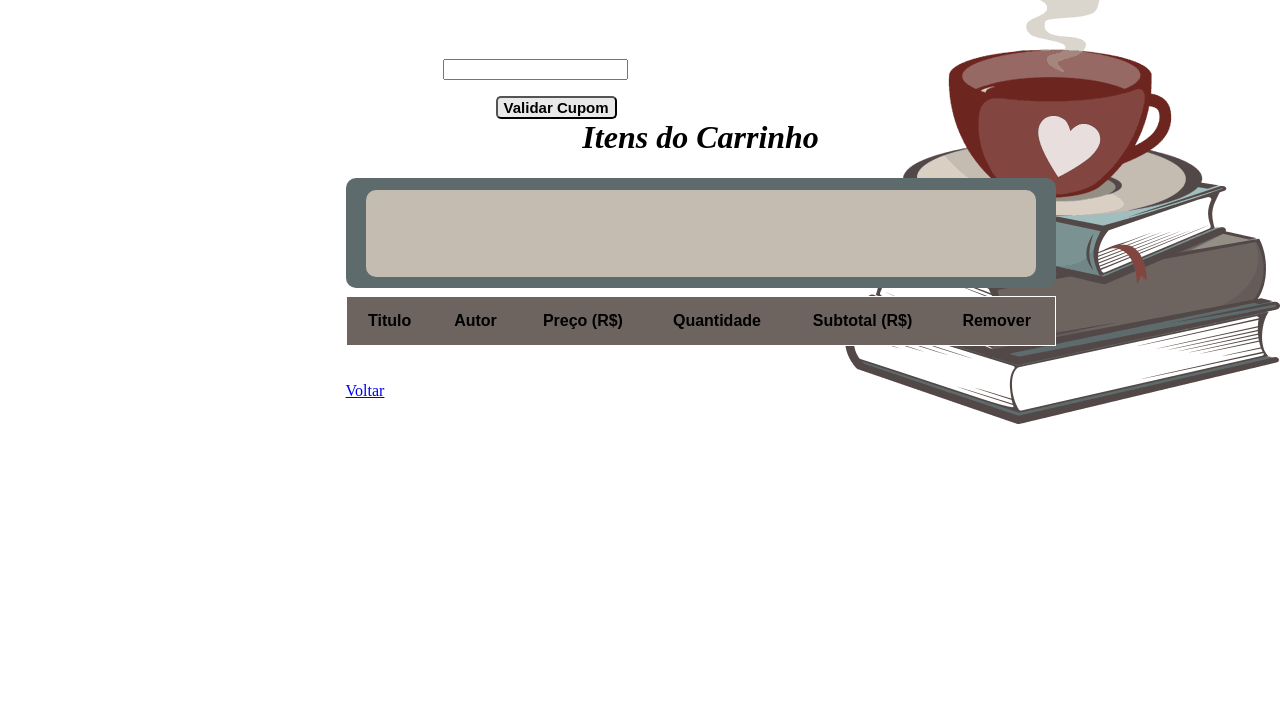
Repository: gabriellacrystina/ProjetoTegra
Page: http://localhost/book-store/meuCarrinho.jsp
These files come from the project's save history. The page is drawn as it stood at one moment and after the next save; the edit follows.
The browser window is 1280 px wide. The pictures show the whole page.
The page is served by Tomcat 9. Nobody is signed in. The application's start-up code is not run. Other server files are loaded and not shown. The template is opened directly, without the code that normally fills it, so the values that code supplies are empty.

Above is the page before, as saved 2016-07-07 22:20:56.

### book-store/WebContent/meuCarrinho.jsp
<%@ page language="java" contentType="text/html; charset=ISO-8859-1"
    pageEncoding="ISO-8859-1"%>
<%@ page import="model.Item" %>
<%@ page import="java.util.ArrayList" %>
<%@ taglib uri="http://java.sun.com/jsp/jstl/core" prefix="c" %>

<!DOCTYPE html PUBLIC "-//W3C//DTD HTML 4.01 Transitional//EN" "http://www.w3.org/TR/html4/loose.dtd">
<html>
	<head>
		<meta http-equiv="Content-Type" content="text/html; charset=ISO-8859-1">
		<link rel="stylesheet" type="text/css" href="book-store-style.css">
		<title>Carrinho</title>
	</head>
	<body>
			<section class="cupom" >
					<h3>Possui cumpom de desconto?</h3>
					<p>Informe aqui: <input type="text" maxlength="15"></p>
					<button class="btn" type="submit">Validar Cupom</button>
			</section>

			<h1>Itens do Carrinho</h1>

			<div class="my-cart">
				<div class="carrinho">

				</div>
			</div>
			<table id="tbl-books">
			  <tr>
			    <th>Titulo</th>
			    <th>Autor</th>
			    <th>Preço (R$)</th>
			    <th>Quantidade</th>
			    <th>Subtotal (R$)</th>
			    <th>Remover</th>
			  </tr>
		  		<c:forEach var="item" items="${listaItens}">
		  			<tr class="livros">
						<td class="nome-livro">${item.getProduto().getTitulo()}</td>
						<td class="nome-autor">${item.getProduto().getAutor()}</td>
						<td class="preco">${item.getProduto().getPreco()}</td>
						<td class="quantidade">${item.getQuantidade()}</td>
						<td class="subtotal">${item.getSubtotal()}</td>
						<td>
							<form action="MeuCarrinho" method="post">
								<input type="hidden" name="id-livro" value="${item.getProduto().getId()}"/>
								<button class="btn btn-comprar" type="submit">Remover</button>
							</form>
						</td>
					</tr>
		  		</c:forEach>
			</table>
			<br>

			<br><a href="index.jsp">Voltar</a>
	</body>
</html>

### book-store/WebContent/book-store-style.css
@CHARSET "ISO-8859-1";

body {
	background-image: url("img/back.png");
	background-repeat: no-repeat;
	background-position: right top;
	background-attachment: initial;
    width: 710px;
    margin-top: 0px;
    margin-left: 27%;
	margin-right: auto;
}

h1 {
	font-style: oblique;
	text-align: center;
    color: #000000;
    margin-top: 0px;
    font-family: cursive;
}

h2{
	text-align: center;
	font-family: cursive;
    font-size: -webkit-xxx-large;
    color: #5D6B6C;
}

h5{
	color: #000000;
	font-size: x-large;
}

h4{
	color: #1b1919;
	text-align: center;
    font-size: x-large;
    font-family: cursive;

}

#tbl-books {
	width: 100%;
	font-family: "Arial", "Helvetica", sans-serif;
	border: 1px solid #ffffff;
    border-collapse: collapse;
}

#tbl-books tr:nth-child(even){
	background-color: #FFFFFF
}

#tbl-books tr:nth-child(odd){
	background-color: #6D6460;
}

th, td {
    padding: 15px;
    text-align: center;
}


.nome-livro{
	text-align: left;
}

.my-cart{
	width: 100%;
	height: 110px;
	border-radius: 10px;
    padding: 12px 20px;
    margin: 8px 0;
    box-sizing: border-box;
	background-color: #5D6B6C;
	margin-left: auto;
	margin-right: auto;
}
.cart{
	float: right;
	background-color: #c4bcb0;
	border-radius: 10px;
	padding-left: 10px;
	padding-bottom: 5px;
	margin-left: auto;
	margin-right: auto;
}

.carrinho{
	background-color: #c4bcb0;
	height: 90%;
	text-align: left;
	border-radius: 10px;
	padding-top: 10px;
	padding-left: 10px;
	padding-right: 10px;
	font: small-caption;
    font-weight: 700;
}

#lbl-meu-carrinho{
	font-size: 20px;
	font-weight: bold;
}

.btn {
	font-family: "Arial", "Helvetica", sans-serif;
	border-radius: 5px;
	font-size: 15px;
	font-weight: bold;
	margin-left: 150px;
	margin-right: 5px;
	background-color: #e9e9e9;
}

.btn-comprar{
	margin-left: 10%;
}

.btn-validarCumpom{
	margin-left: 60%;
}

.btn-concluirCompra{
	float: right;
	margin-top: -10px;
	margin-left: 70%;
}
.it-carrinho{
	margin-right: 150px;
}

.img-desconto{
	background-image: url("img/desconto.jpg");
	width: 10%;
	top:5px;
	left:20px;
	position:absolute;
}

#img-descricao{
	color: #ffffff;
	font-size: 10px;
}

h3, p{
	color: #ffffff;
	font-family: "Arial", "Helvetica", serif;
}

.desconto{
	margin-top: 0px;
	background-color: #6D2520;
	width: 22%;
	height: 100%;
	left:35px;
	text-align: left;
	padding-top: 5%;
	padding-left: 15px;
	position:absolute;
}

#img-desconto{
	padding-top: 20%;
	width: 100%;

}
.titulo-livro{
	font-size: larger;
}

After the next save:
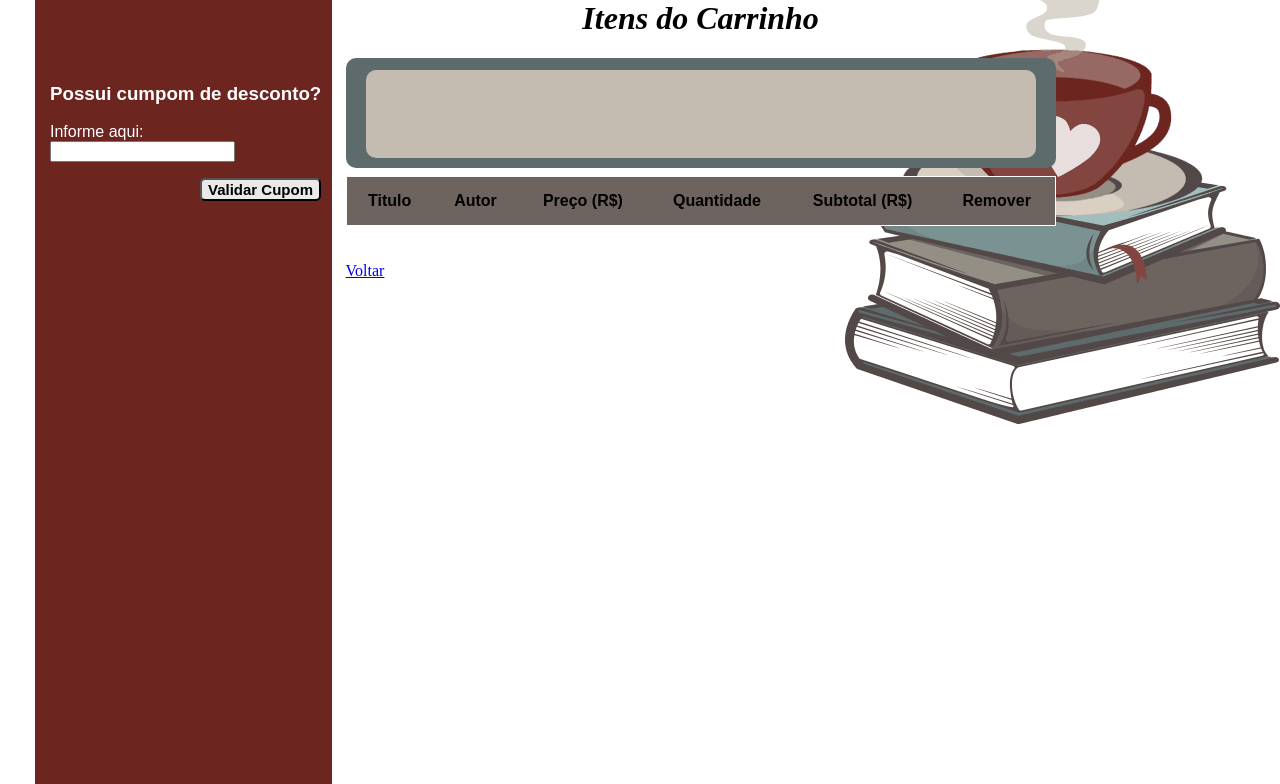
Saved 58 s later.
--- a/book-store/WebContent/meuCarrinho.jsp
+++ b/book-store/WebContent/meuCarrinho.jsp
@@ -12,9 +12,9 @@
 		<title>Carrinho</title>
 	</head>
 	<body>
-			<section class="cupom" >
+			<section class="desconto" >
 					<h3>Possui cumpom de desconto?</h3>
-					<p>Informe aqui: <input type="text" maxlength="15"></p>
+					<p>Informe aqui: <input type="text" id="cupom" maxlength="15"></p>
 					<button class="btn" type="submit">Validar Cupom</button>
 			</section>
 
